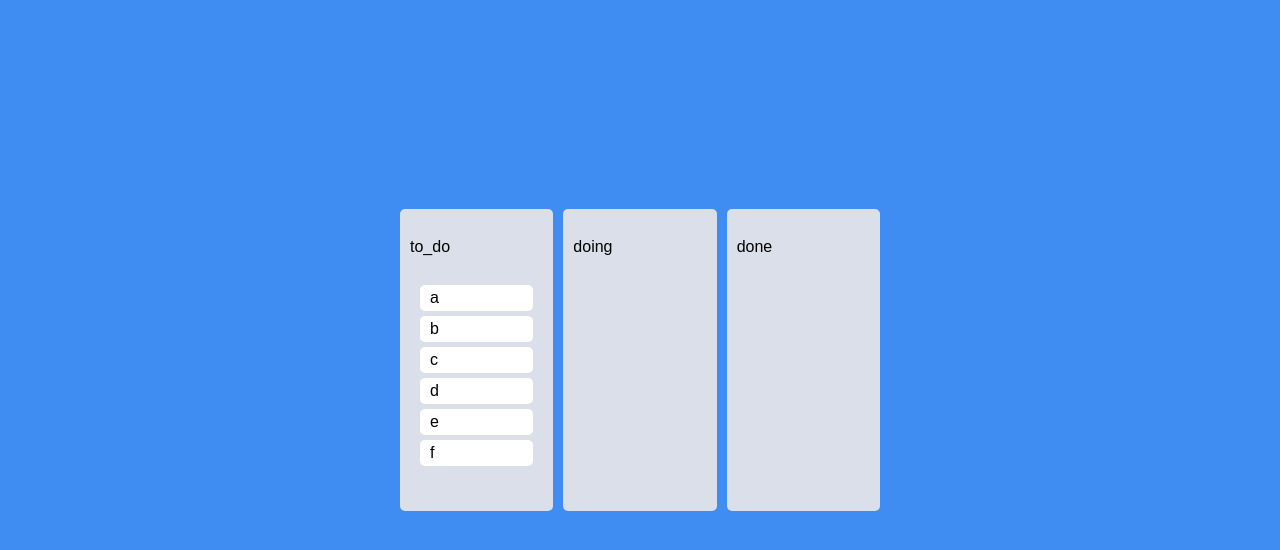
Repository: SeungYn/react-nomad
Page: / (app in trello/)
These files come from the project's save history. The page is drawn as it stood at one moment and after the next save; the edit follows.
The browser window is 1280 px wide. The pictures show the whole page.
The project was rebuilt for these pictures with package versions that can differ from the ones it lists, and the page was loaded fresh each time. Also part of the build but not shown: trello/src/App.css.

Above is the page before, as saved 2023-01-15 17:35:52.

### trello/src/index.tsx
import React from 'react';
import ReactDOM from 'react-dom/client';
import './index.css';
import App from './App';
import { createGlobalStyle, ThemeProvider } from 'styled-components';
import { RecoilRoot } from 'recoil';
import { darkTheme } from './theme';

const GlobalStyle = createGlobalStyle`
  @import url('https://fonts.googleapis.com/css2?family=Source+Sans+Pro:wght@300;400&display=swap');
  html, body, div, span, applet, object, iframe,
h1, h2, h3, h4, h5, h6, p, blockquote, pre,
a, abbr, acronym, address, big, cite, code,
del, dfn, em, img, ins, kbd, q, s, samp,
small, strike, strong, sub, sup, tt, var,
b, u, i, center,
dl, dt, dd, menu, ol, ul, li,
fieldset, form, label, legend,
table, caption, tbody, tfoot, thead, tr, th, td,
article, aside, canvas, details, embed,
figure, figcaption, footer, header, hgroup,
main, menu, nav, output, ruby, section, summary,
time, mark, audio, video {
  margin: 0;
  padding: 0;
  border: 0;
  font-size: 100%;
  font: inherit;
  vertical-align: baseline;
}
/* HTML5 display-role reset for older browsers */
article, aside, details, figcaption, figure,
footer, header, hgroup, main, menu, nav, section {
  display: block;
}
/* HTML5 hidden-attribute fix for newer browsers */
*[hidden] {
    display: none;
}
body {
  line-height: 1;
}
menu, ol, ul {
  list-style: none;
}
ul{
  text-decoration: none;
  list-style: none;
}
blockquote, q {
  quotes: none;
}
blockquote:before, blockquote:after,
q:before, q:after {
  content: '';
  content: none;
}
table {
  border-collapse: collapse;
  border-spacing: 0;
}

*{
  box-sizing: border-box;
}

body {
  font-family: 'Source Sans Pro', sans-serif;
  background-color: ${(props) => {
    return props.theme?.bgColor;
  }};
  color:black;
}

a{
  text-decoration:none;
  color:inherit;
}
`;

const root = ReactDOM.createRoot(
  document.getElementById('root') as HTMLElement
);
root.render(
  <RecoilRoot>
    <ThemeProvider theme={darkTheme}>
      <GlobalStyle />
      <App />
    </ThemeProvider>
  </RecoilRoot>
);

### trello/src/App.tsx
import React from 'react';
import logo from './logo.svg';
import './App.css';
import {
  DragDropContext,
  Draggable,
  Droppable,
  DropResult,
} from 'react-beautiful-dnd';
import styled from 'styled-components';
import { useRecoilState, useRecoilValue } from 'recoil';
import { toDoState } from './atoms';
import DraggbleCard from './Components/DragabbleCard';
import Board from './Components/Board';

const Wrapper = styled.div`
  display: flex;
  max-width: 480px;
  width: 100%;
  margin: 0 auto;
  justify-content: center;
  align-items: center;
  height: 100vh;
`;

const Boards = styled.div`
  display: grid;
  width: 100%;
  grid-template-columns: repeat(3, 1fr);
  gap: 10px;
`;

function App() {
  const [toDos, setToDos] = useRecoilState(toDoState);
  const onDragEnd = ({ destination, source, draggableId }: DropResult) => {
    const desIndex = destination?.index;
    const srcIndex = source.index;
    // setToDos((todos) => {
    //   const copy = [...todos];
    //   copy.splice(srcIndex, 1);
    //   copy.splice(desIndex!, 0, draggableId);
    //   return copy;
    // });
  };
  return (
    <DragDropContext onDragEnd={onDragEnd}>
      <Wrapper>
        <Boards>
          {Object.keys(toDos).map((i) => (
            <Board key={i} toDos={toDos[i]} boardId={i} />
          ))}
        </Boards>
      </Wrapper>
    </DragDropContext>
  );
}

export default App;

### trello/src/theme.ts
import { DefaultTheme } from 'styled-components';

export const darkTheme: DefaultTheme = {
  bgColor: '#3F8CF2',
  cardColor: 'white',
  boardColor: '#DADFE9',
};

### trello/src/atoms.tsx
import { atom, selector } from 'recoil';

interface IToDoState {
  [key: string]: string[];
}

export const toDoState = atom<IToDoState>({
  key: 'toDo',
  default: {
    to_do: ['a', 'b', 'c', 'd', 'e', 'f'],
    doing: [],
    done: [],
  },
});

### trello/src/Components/Board.tsx
import { Droppable } from 'react-beautiful-dnd';
import DragabbleCard from './DragabbleCard';
import styled from 'styled-components';

interface IboardProps {
  toDos: string[];
  boardId: string;
}

function Board({ toDos, boardId }: IboardProps) {
  return (
    <Wrapper>
      <Title>{boardId}</Title>
      <Droppable droppableId={boardId}>
        {(magic) => {
          return (
            <Wrapper ref={magic.innerRef} {...magic.droppableProps}>
              {toDos.map((todo, i) => (
                <DragabbleCard key={todo} todo={todo} index={i} />
              ))}
              {magic.placeholder}
            </Wrapper>
          );
        }}
      </Droppable>
    </Wrapper>
  );
}

export default Board;

const Wrapper = styled.div`
  padding: 20px 10px;
  padding-top: 30px;
  background-color: ${(props) => props.theme.boardColor};
  border-radius: 5px;
  min-height: 200px;
`;

const Title = styled.h1``;

### trello/src/Components/DragabbleCard.tsx
import React from 'react';
import { Draggable } from 'react-beautiful-dnd';
import styled from 'styled-components';

interface IDragabbleCardProps {
  todo: string;
  index: number;
}

function DraggbleCard({ todo, index }: IDragabbleCardProps) {
  console.log(todo, 'has been rendered');
  return (
    <Draggable key={todo} draggableId={todo} index={index}>
      {(magic) => (
        <Card
          ref={magic.innerRef}
          {...magic.draggableProps}
          {...magic.dragHandleProps}
        >
          {todo}
        </Card>
      )}
    </Draggable>
  );
}

export default React.memo(DraggbleCard);

const Card = styled.div`
  border-radius: 5px;
  padding: 5px 10px;
  margin-bottom: 5px;
  background-color: ${(props) => props.theme.cardColor};
  user-select: none;
`;

Loaded but not shown: trello/public/index.html (common file); trello/src/index.css (common file)

After the next save:
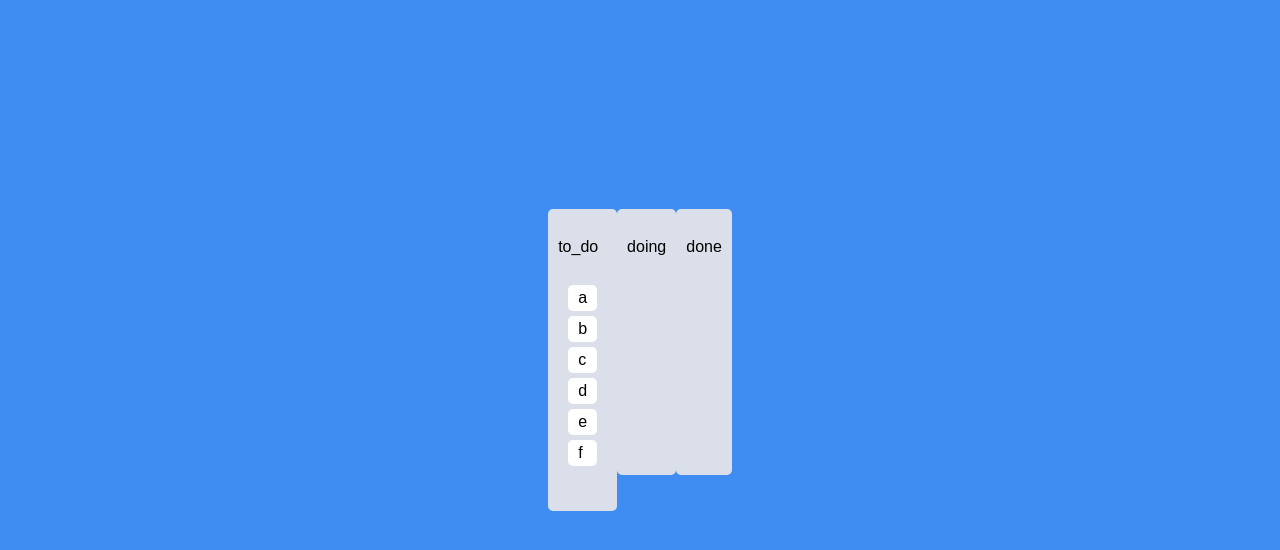
Saved 44 s later.
--- a/trello/src/App.tsx
+++ b/trello/src/App.tsx
@@ -24,10 +24,9 @@ const Wrapper = styled.div`
 `;
 
 const Boards = styled.div`
-  display: grid;
-  width: 100%;
-  grid-template-columns: repeat(3, 1fr);
-  gap: 10px;
+  display: flex;
+  justify-content: center;
+  align-items: flex-start;
 `;
 
 function App() {
